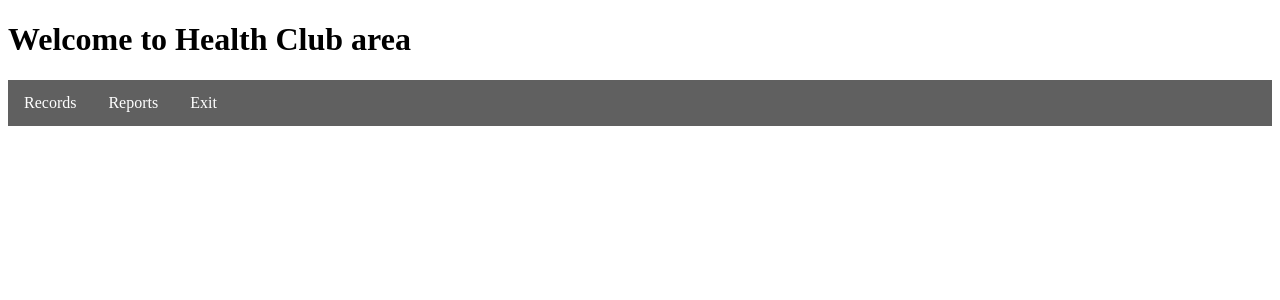
Repository: dmiropol/FitnessMemberTracker
Page: http://localhost/club
The author's editor kept a copy of each file at every save. The page is drawn from the files as they stood at one save, then again after the next save.
The browser window is 1280 px wide. The pictures show the whole page.
The page is served by the project's Node server (app.js).

Above is the page before, as saved 2018-11-15 15:17:28.

### views/club.ejs
<!DOCTYPE html>
<html>
  <head>
    <title><%= title %></title>
    <link rel='stylesheet' href='/stylesheets/style.css' />
  </head>
  <body>
  	<div id="container" style="width:100%;">
	    <h1>Welcome to <%= title %></h1>
		<%- include('nav'); %>
	</div>
</html>

### views/nav.ejs

    <nav>
	<ul>
	  <li class="dropdown">
	    <a href="javascript:void(0)" class="dropbtn">Records</a>
	    <div class="dropdown-content">
	      <a href="/list/records">List</a>
				<a href="/upload/records">Upload</a>
				<a href="/delete/records">Delete</a>
	    </div>
	  </li>

	  <li class="dropdown">
	    <a href="javascript:void(0)" class="dropbtn">Reports</a>
	    <div class="dropdown-content">
	      <a href="/view/reports">View</a>
				<a href="/edit/reports">Edit</a>
				<a href="/share/reports">Share</a>
	    </div>
	  </li>
		<li><a href="/">Exit</a></li>
	    </div>
	  </li>
	</ul>
	</nav>

### app.js

/**
 * Module dependencies.
 */

var express = require('express')
  , http = require('http')
  , path = require('path')
  , bodyParser = require('body-parser')
  , storage = require('./storage')
  , fs = require('fs');

var app = express();

// all environments
app.set('port', process.env.PORT || 8080);
app.set('views', __dirname + '/views');
app.set('view engine', 'ejs');
app.use(express.static(path.join(__dirname, 'public')));
app.use(bodyParser.json());
app.use(bodyParser.urlencoded({ extended: true }));

function index(req, res){
	res.render('index', {title: 'Fitness Tracker for Health Club'});
}

function member(req, res){
	res.render('member', {title: 'Member area'});
}

function uploadRecord(req, res){
	res.render('uploadRecord');
}

function club(req, res){
	res.render('club', {title: 'Health Club area'});
}


async function getRecordsList(req, res, next){
	var files = await storage.listFiles();
	var recordsList = [];
	for (var i in files) {
		var record = {};
		record.name = files[i].metadata.name;
		record.bucket = files[i].metadata.bucket;
		record.size = files[i].metadata.size;
		recordsList.push(record);
	};
	req.body = {recordsList};
	next();
}

function listRecords(req, res){
	var recordsList = req.body.recordsList;
	res.render('listRecords', {records: recordsList, action: 'show'});
}

async function uploadRecords(req, res){
	var fileName = req.params.record + '.json';
	var jsonObj = JSON.parse(req.body.JSONbody);
	var lines = '';

	for (var i in jsonObj){
		lines += JSON.stringify(jsonObj[i]) + '\n';
	}
	console.log('Got ' + req.method + ' request to store ' + fileName +
				' content into ' + lines.length + ' lines');
	fs.writeFile(fileName, lines, 'utf8', function (err) {
	    if (err)  return console.log(err);
	    console.log(fileName + ' locally added and will be uploaded to storage.')
	});
	await storage.uploadFile(fileName);
	fs.unlink(fileName, function (err) {
	    if (err)  return console.log(err);
	    console.log(fileName + ' locally deleted.')
	});
	res.render('actionconfirm', { action: 'Upload', record: storage.getPrivateUrl(fileName)});
}

function deleteRecords(req, res){
	var recordsList = req.body.recordsList;
	res.render('listrecords', { records: recordsList, action: 'delete'});
}

async function deleteFile(req, res, next){
	await storage.deleteFile(req.params.fileName);
	res.render('actionconfirm', { action: 'Delete', record: req.params.fileName});
}

async function showFile(req, res, next){
	var destFile = './temp.txt';
	var srcFile = req.params.fileName;
	await storage.downloadFile(srcFile, destFile);

	var content = fs.readFileSync(destFile, 'utf-8');
	fs.unlink(destFile, function (err) {
	    if (err)  return console.log(err);
	    console.log(destFile + ' locally deleted.')
	});

	res.render('actionconfirm', { action: 'Show', record: srcFile, content: content});
}

app.get('/', index);
app.get('/member', member);
app.get('/club', club);
app.get('/list/records', getRecordsList, listRecords);
app.get('/show/records/:fileName', showFile);
app.get('/upload/records', uploadRecord);
app.post('/upload/records/:record', uploadRecords);
app.get('/delete/records', getRecordsList, deleteRecords);
app.get('/delete/records/:fileName', deleteFile);


http.createServer(app).listen(app.get('port'), function(){
  console.log('Express server listening on port ' + app.get('port'));
});

### storage.js
/**
 * Copyright 2017, Google, Inc.
 * Licensed under the Apache License, Version 2.0 (the "License");
 * you may not use this file except in compliance with the License.
 * You may obtain a copy of the License at
 *
 *    http://www.apache.org/licenses/LICENSE-2.0
 *
 * Unless required by applicable law or agreed to in writing, software
 * distributed under the License is distributed on an "AS IS" BASIS,
 * WITHOUT WARRANTIES OR CONDITIONS OF ANY KIND, either express or implied.
 * See the License for the specific language governing permissions and
 * limitations under the License.
 */

/**
 * This application demonstrates how to perform basic operations on files with
 * the Google Cloud Storage API.
 *
 * For more information, see the README.md under /storage and the documentation
 * at https://cloud.google.com/storage/docs.
 */

'use strict';


const {Storage} = require('@google-cloud/storage');
const storage = new Storage({ projectId: 'iot2analytics-2018' });
const bucketName = 'member_fitness_tracker_storage';

async function uploadFile(filename) {
	await storage.bucket(bucketName).upload(filename, {
		contentType: 'application/json'
	});
console.log(`${filename} uploaded to ${bucketName}.`);

}

function getPrivateUrl(filename) {
	  return `https://storage.googleapis.com/${bucketName}/${filename}`;
}

async function listFiles() {
	const [files] = await storage.bucket(bucketName).getFiles();

	  console.log('Files:');
	  files.forEach(file => {
	    console.log(file.name);
	    //console.log(file.metadata);
	  });

	  return files;
	}

async function downloadFile(srcFilename, destFilename) {

  const options = {
    // The path to which the file should be downloaded, e.g. "./file.txt"
    destination: destFilename,
  };

  // Downloads the file
  await storage
    .bucket(bucketName)
    .file(srcFilename)
    .download(options);

  console.log(
    `gs://${bucketName}/${srcFilename} downloaded to ${destFilename}.`
  );
  // [END storage_download_file]
}

async function deleteFile(filename) {
  // Deletes the file from the bucket
  await storage
    .bucket(bucketName)
    .file(filename)
    .delete();

  console.log(`gs://${bucketName}/${filename} deleted.`);
  // [END storage_delete_file]
}

async function getMetadata(filename) {
  // Gets the metadata for the file
  const [metadata] = await storage
    .bucket(bucketName)
    .file(filename)
    .getMetadata();

  console.log(`File: ${metadata.name}`);
  console.log(`Bucket: ${metadata.bucket}`);
  console.log(`Storage class: ${metadata.storageClass}`);
  console.log(`Self link: ${metadata.selfLink}`);
  console.log(`ID: ${metadata.id}`);
  console.log(`Size: ${metadata.size}`);
  console.log(`Updated: ${metadata.updated}`);
  console.log(`Generation: ${metadata.generation}`);
  console.log(`Metageneration: ${metadata.metageneration}`);
  console.log(`Etag: ${metadata.etag}`);
  console.log(`Owner: ${metadata.owner}`);
  console.log(`Component count: ${metadata.component_count}`);
  console.log(`Crc32c: ${metadata.crc32c}`);
  console.log(`md5Hash: ${metadata.md5Hash}`);
  console.log(`Cache-control: ${metadata.cacheControl}`);
  console.log(`Content-type: ${metadata.contentType}`);
  console.log(`Content-disposition: ${metadata.contentDisposition}`);
  console.log(`Content-encoding: ${metadata.contentEncoding}`);
  console.log(`Content-language: ${metadata.contentLanguage}`);
  console.log(`Media link: ${metadata.mediaLink}`);
  console.log(`KMS Key Name: ${metadata.kmsKeyName}`);
  console.log(`Temporary Hold: ${metadata.temporaryHold}`);
  console.log(`Event-based hold: ${metadata.eventBasedHold}`);
  console.log(`Effective Expiration Time: ${metadata.effectiveExpirationTime}`);
  console.log(`Metadata: ${metadata.metadata}`);
  // [END storage_get_metadata]
}



module.exports = {
	uploadFile,
	getPrivateUrl,
	listFiles,
	getMetadata,
  deleteFile,
  downloadFile,
};

### public/stylesheets/style.css
ul {
    list-style-type: none;
    margin: 0;
    padding: 0;
    overflow: hidden;
    background-color: #606060;
}

li {
    float: left;
}

li a, .dropbtn {
    display: inline-block;
    color: white;
    text-align: center;
    padding: 14px 16px;
    text-decoration: none;
}

li a:hover, .dropdown:hover .dropbtn {
    background-color: #005392;
}

li.dropdown {
    display: inline-block;
}

.dropdown-content {
    display: none;
    position: absolute;
    background-color: #f9f9f9;
    min-width: 160px;
    box-shadow: 0px 8px 16px 0px rgba(0,0,0,0.2);
    z-index: 1;
}

.dropdown-content a {
    color: black;
    padding: 12px 16px;
    text-decoration: none;
    display: block;
    text-align: left;
}

.dropdown-content a:hover {background-color: #f1f1f1}

.dropdown:hover .dropdown-content {
    display: block;
}

.footer {
    position: fixed;
    left: 8px;
    bottom: 8px;
    width: 99%;
    background-color: #606060;
    color: white;
    text-align: left;
}

.footer p{
    text-decoration: underline;
    left: 10px;
}

textarea {
    border: 1 grey;
    overflow: hidden;
    padding: 0;
    outline: none;
    overflow-y:scroll;
    overflow-x:scroll;
    font-family:"Courier";
    font-size: 12px;
}

input {
	font-size: 14px;
    padding: 2px;
/*   float: left; */
}

.button {
    background-color: #555555;
    border: none;
    color: white;
    padding: 15px 32px;
    text-align: center;
    text-decoration: none;
    display: inline-block;
    font-size: 16px;
}

.listKeys {
	padding-left: 2em;
}

select  {
	font-size: 14px;
}

After the next save:
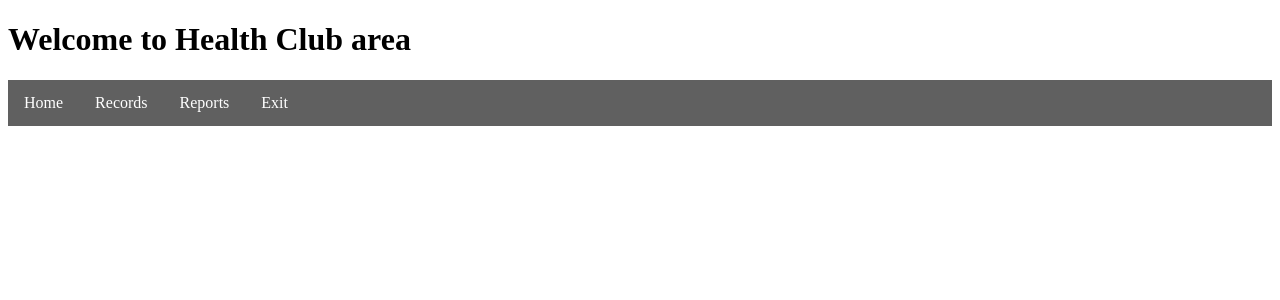
Saved 1 s later.
--- a/views/nav.ejs
+++ b/views/nav.ejs
@@ -1,7 +1,8 @@
 
-    <nav>
+  <nav>
 	<ul>
-	  <li class="dropdown">
+	  <li><a href="/member">Home</a></li>
+		<li class="dropdown">
 	    <a href="javascript:void(0)" class="dropbtn">Records</a>
 	    <div class="dropdown-content">
 	      <a href="/list/records">List</a>
